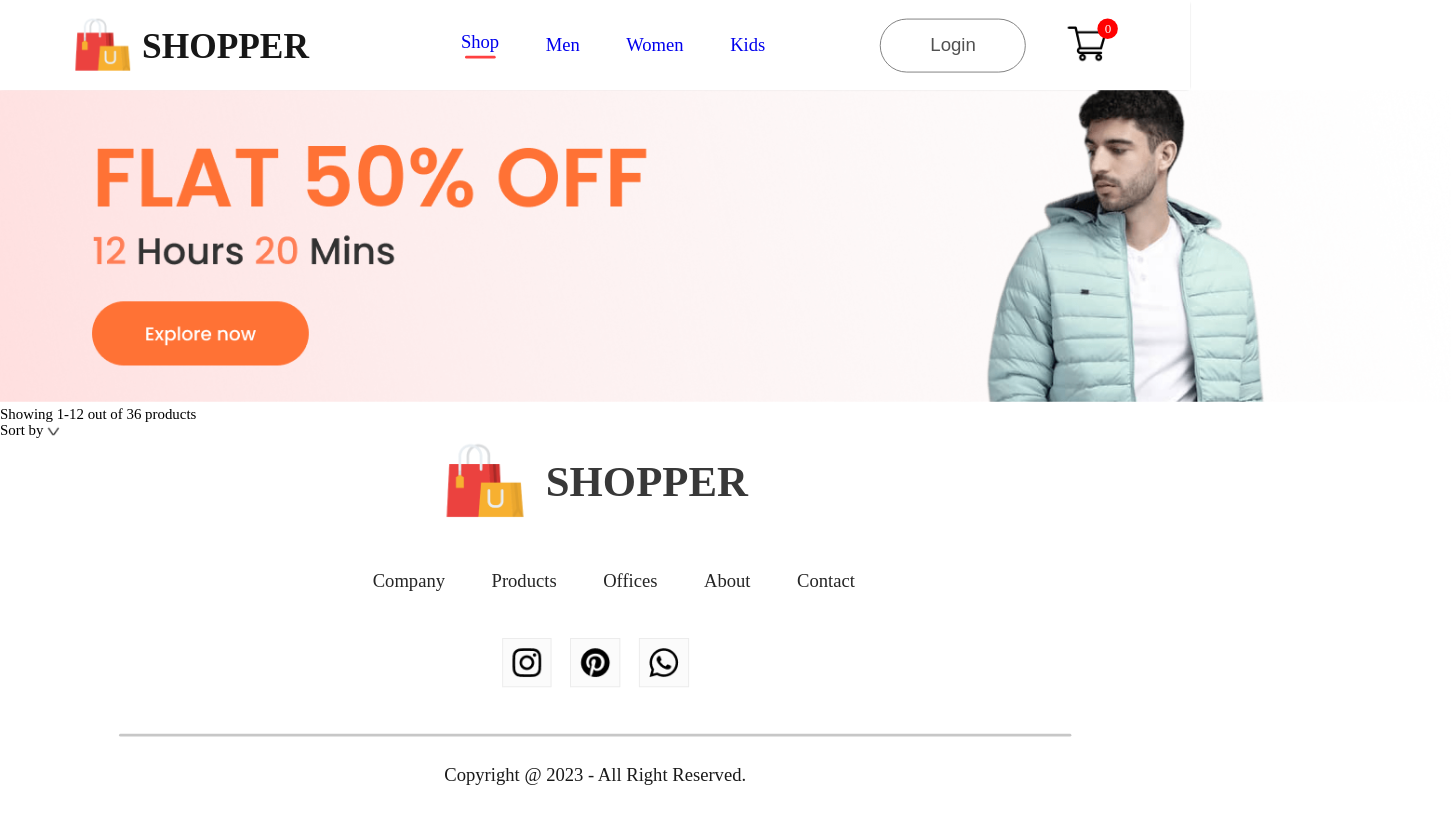
Repository: Ego-Wolf/Deploy-Reactjs-Websites
Page: /mens
The author's editor kept a copy of each file at every save. The page is drawn from the files as they stood at one save, then again after the next save.
The browser window is 1280 px wide. The page is 1560 px wide, then 1280 px, then 1560 px, so the pictures cover 1560 px, including what lies to the right of the window. The pictures show the whole page, at 93% of full size.
The project was rebuilt for these pictures with package versions that can differ from the ones it lists, and the page was loaded fresh each time. Also part of the build but not shown: src/App.css, src/Components/Hero/Hero.css, src/Components/Hero/Hero.jsx, src/Components/Popular/Popular.css, src/Components/Assets/data.js, src/Components/Item/Item.css, src/Components/Item/Item.jsx, src/Components/Popular/Popular.jsx and 11 more. Imported but missing from the stored project, and not drawn on this page: src/Pages/Cart.

Above is the page before, as saved 2023-11-17 23:22:24.

After the next save:
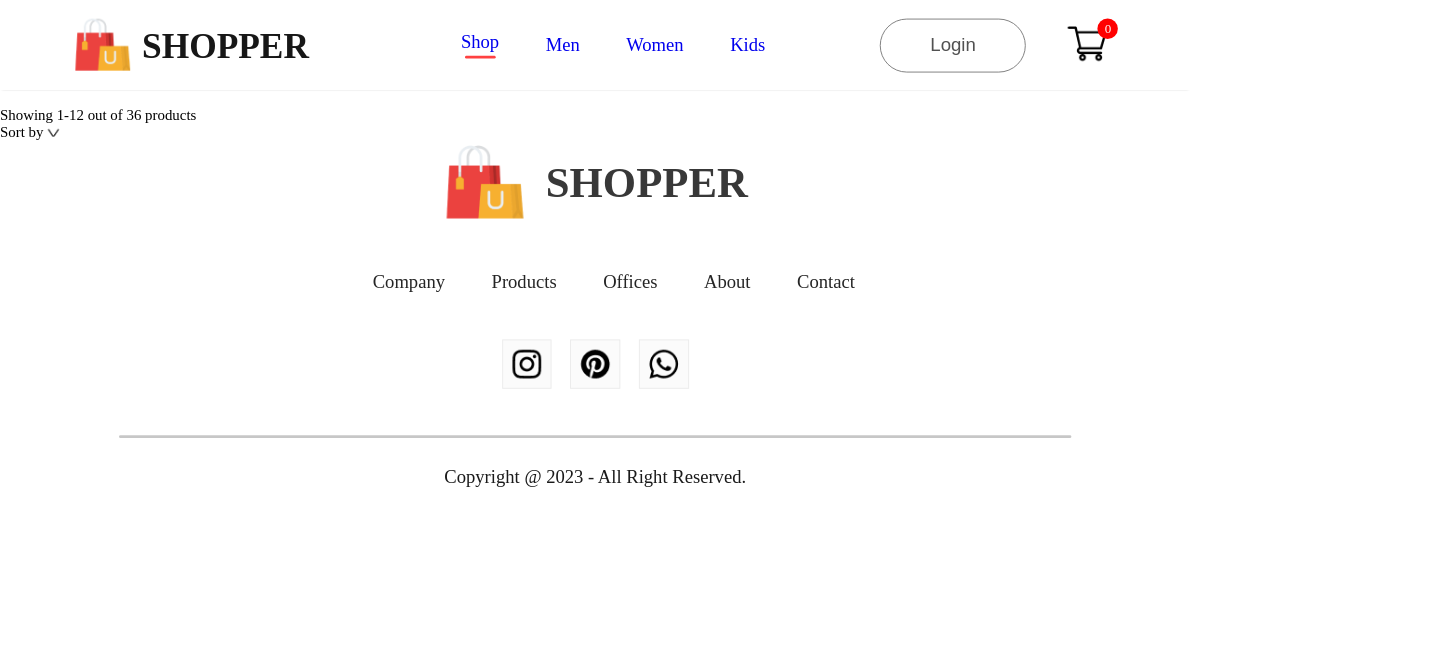
Saved 49 s later.
--- a/src/Pages/ShopCategory.jsx
+++ b/src/Pages/ShopCategory.jsx
@@ -10,7 +10,7 @@
   const {all_product} = useContext(ShopContext);
   return (
     <div className='shop-category'>
-      <img src={props.banner} alt="" />
+      <img classsrc={props.banner} alt="" />
       <div className="shopcategory-indexSort">
         <p>
           <span>Showing 1-12</span> out of 36 products

After the save that followed:
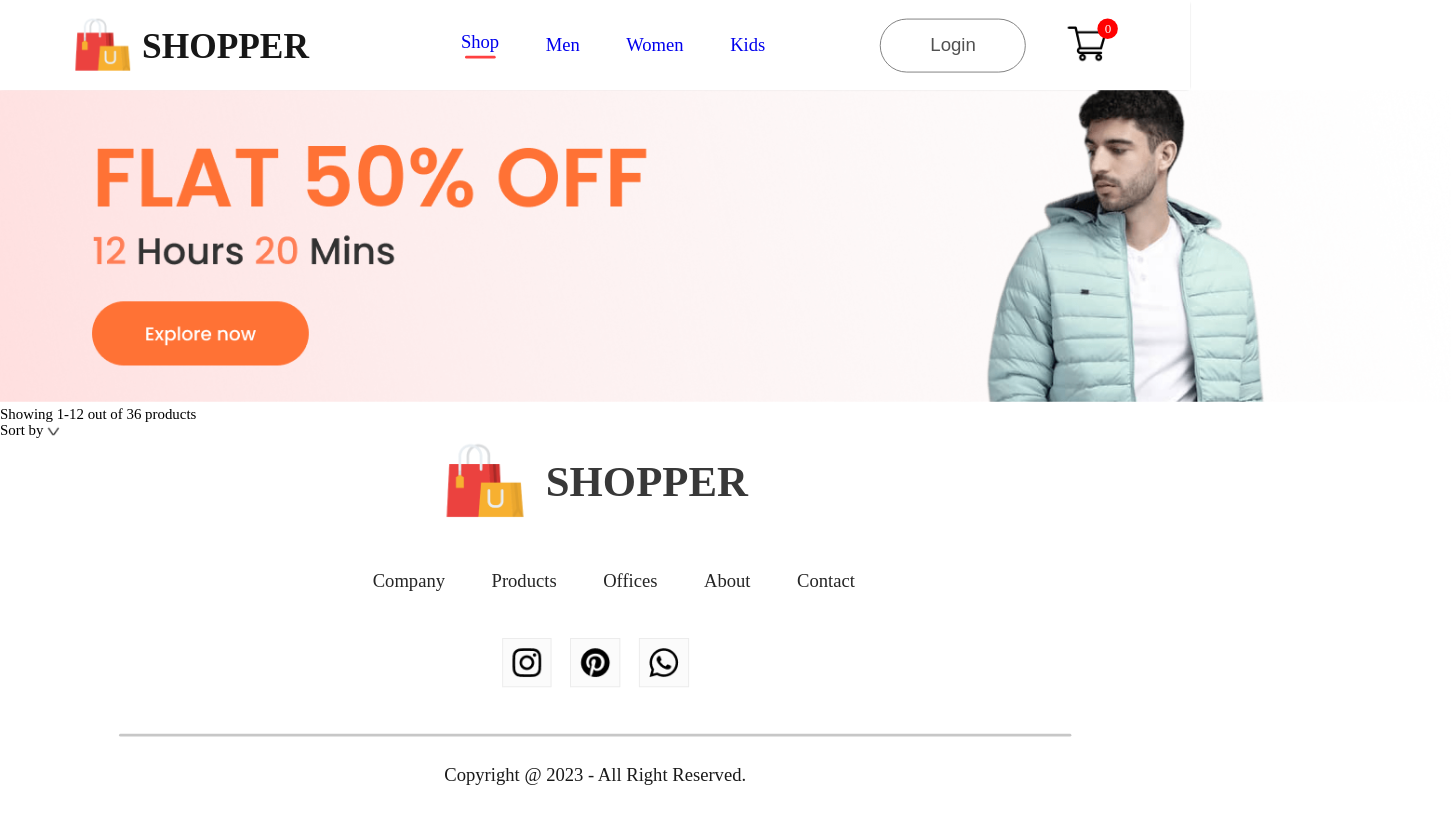
Saved 9 s later.
--- a/src/Pages/ShopCategory.jsx
+++ b/src/Pages/ShopCategory.jsx
@@ -10,7 +10,7 @@
   const {all_product} = useContext(ShopContext);
   return (
     <div className='shop-category'>
-      <img classsrc={props.banner} alt="" />
+      <img className='shop' src={props.banner} alt="" />
       <div className="shopcategory-indexSort">
         <p>
           <span>Showing 1-12</span> out of 36 products
